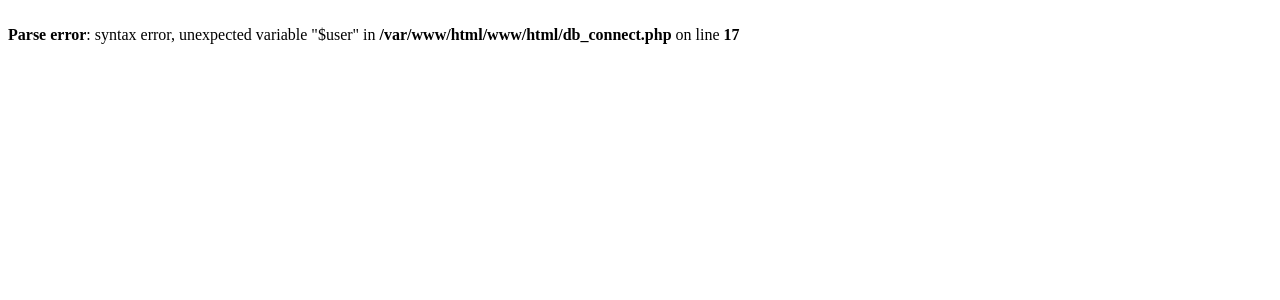
Repository: posse-ap/gen2.0-akira1515
Page: http://localhost/www/html/db_connect.php
These files come from the project's save history. The page is drawn as it stood at one moment and after the next save; the edit follows.
The browser window is 1280 px wide. The pictures show the whole page.
The page is run by PHP 8.4 with error messages shown; the project is at /var/www/html/. The database holds what the project's SQL file puts in it.

Above is the page before, as saved 2021-12-21 21:20:00.

After the next save:
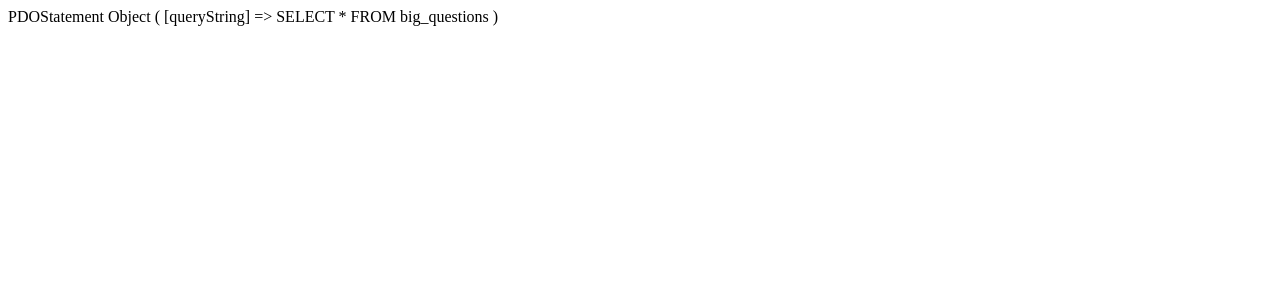
Saved 5 s later.
--- a/www/html/db_connect.php
+++ b/www/html/db_connect.php
@@ -14,6 +14,6 @@ $stmt = $pdo->query('SELECT * FROM big_questions');
 
 // 5.結果を取得する。【任意】
 // $user = $stmt->fetch();
-print_r($stmt) $user;
+print_r($stmt) ;
 // 6.データーベースから切断する。
 unset($pdo);
